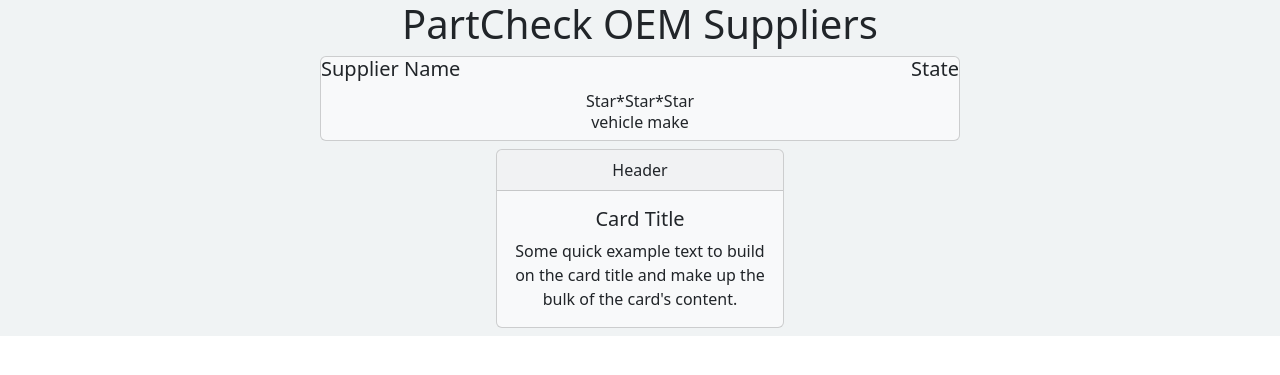
Repository: trungna4699/coding_challenge
Page: /
An editor plug-in stored every save of this project. The page is shown before and after the next save, followed by the edit.
The browser window is 1280 px wide. The pictures show the whole page.
The project was rebuilt for these pictures with package versions that can differ from the ones it lists, and the page was loaded fresh each time.

Above is the page before, as saved 2022-09-01 16:27:58.

### src/index.css
body {
  margin: 0;
  background-color: #F0F3F4;
  font-family: -apple-system, BlinkMacSystemFont, 'Segoe UI', 'Roboto', 'Oxygen',
    'Ubuntu', 'Cantarell', 'Fira Sans', 'Droid Sans', 'Helvetica Neue',
    sans-serif;
  -webkit-font-smoothing: antialiased;
  -moz-osx-font-smoothing: grayscale;
}

code {
  font-family: source-code-pro, Menlo, Monaco, Consolas, 'Courier New',
    monospace;
}

### src/App.js
import './App.css';
import 'bootstrap/dist/css/bootstrap.min.css';

import Card from 'react-bootstrap/Card';
import Col from 'react-bootstrap/Col';
import Row from 'react-bootstrap/Row';

function App() {
  return (
    <div className="App">
      <h1>PartCheck OEM Suppliers</h1>

      <div className='listContainer'>
        <Card
          bg={"light"}
          // key={variant}
          text={"dark"}
          style={{ width: '50%' }}
          className="mb-2"
        >
          <div classname="supplierItems">
            <div className='supplierInfo'>
              <h5>Supplier Name</h5>
              <h5>State</h5>
            </div>

            <div className="ratingStar">
              Star*Star*Star
            </div>
            <div className="vehicleList">
              <h6>vehicle make</h6>
            </div>
          </div>
        </Card>

        <Card
          bg={"light"}
          // key={variant}
          text={"dark"}
          style={{ width: '18rem' }}
          className="mb-2"
        >
          <Card.Header>Header</Card.Header>
          <Card.Body>
            <Card.Title>Card Title </Card.Title>
            <Card.Text>
              Some quick example text to build on the card title and make up the
              bulk of the card's content.
            </Card.Text>
          </Card.Body>
        </Card>

      </div>


    </div>
  );
}

export default App;

### src/App.css
.App {
  background-color: #F0F3F4;
  text-align: center;
}

.listContainer {
  display: flex;
  flex-direction: column;
  align-items: center;
}

.supplierInfo {
  display: flex;
  justify-content: space-between;
}







/* Default Settings */
.App-logo {
  height: 40vmin;
  pointer-events: none;
}

@media (prefers-reduced-motion: no-preference) {
  .App-logo {
    animation: App-logo-spin infinite 20s linear;
  }
}

.App-header {
  background-color: #282c34;
  min-height: 100vh;
  display: flex;
  flex-direction: column;
  align-items: center;
  justify-content: center;
  font-size: calc(10px + 2vmin);
  color: white;
}

.App-link {
  color: #61dafb;
}

@keyframes App-logo-spin {
  from {
    transform: rotate(0deg);
  }
  to {
    transform: rotate(360deg);
  }
}

Loaded but not shown: public/index.html (common file); src/index.js (common file); src/reportWebVitals.js (common file)

After the next save:
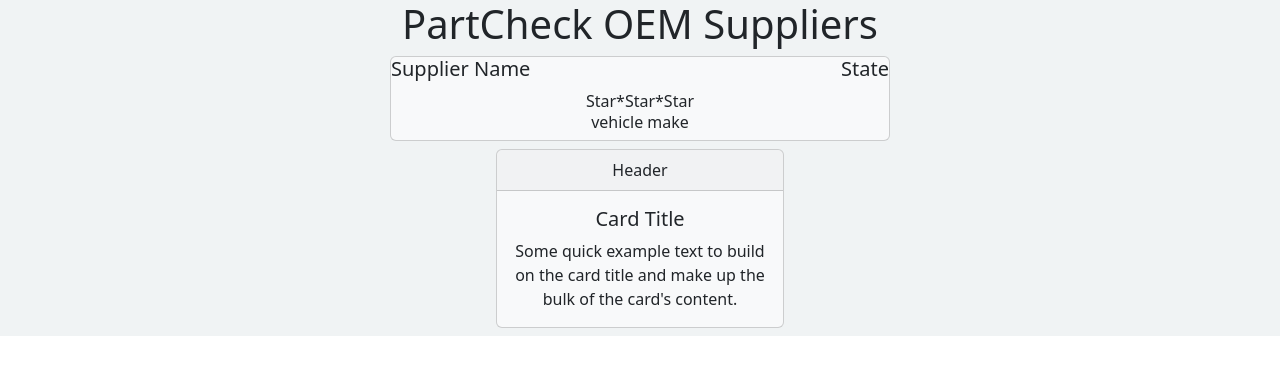
Saved 8 s later.
--- a/src/App.js
+++ b/src/App.js
@@ -15,7 +15,7 @@ function App() {
           bg={"light"}
           // key={variant}
           text={"dark"}
-          style={{ width: '50%' }}
+          style={{ width: '500px' }}
           className="mb-2"
         >
           <div classname="supplierItems">
